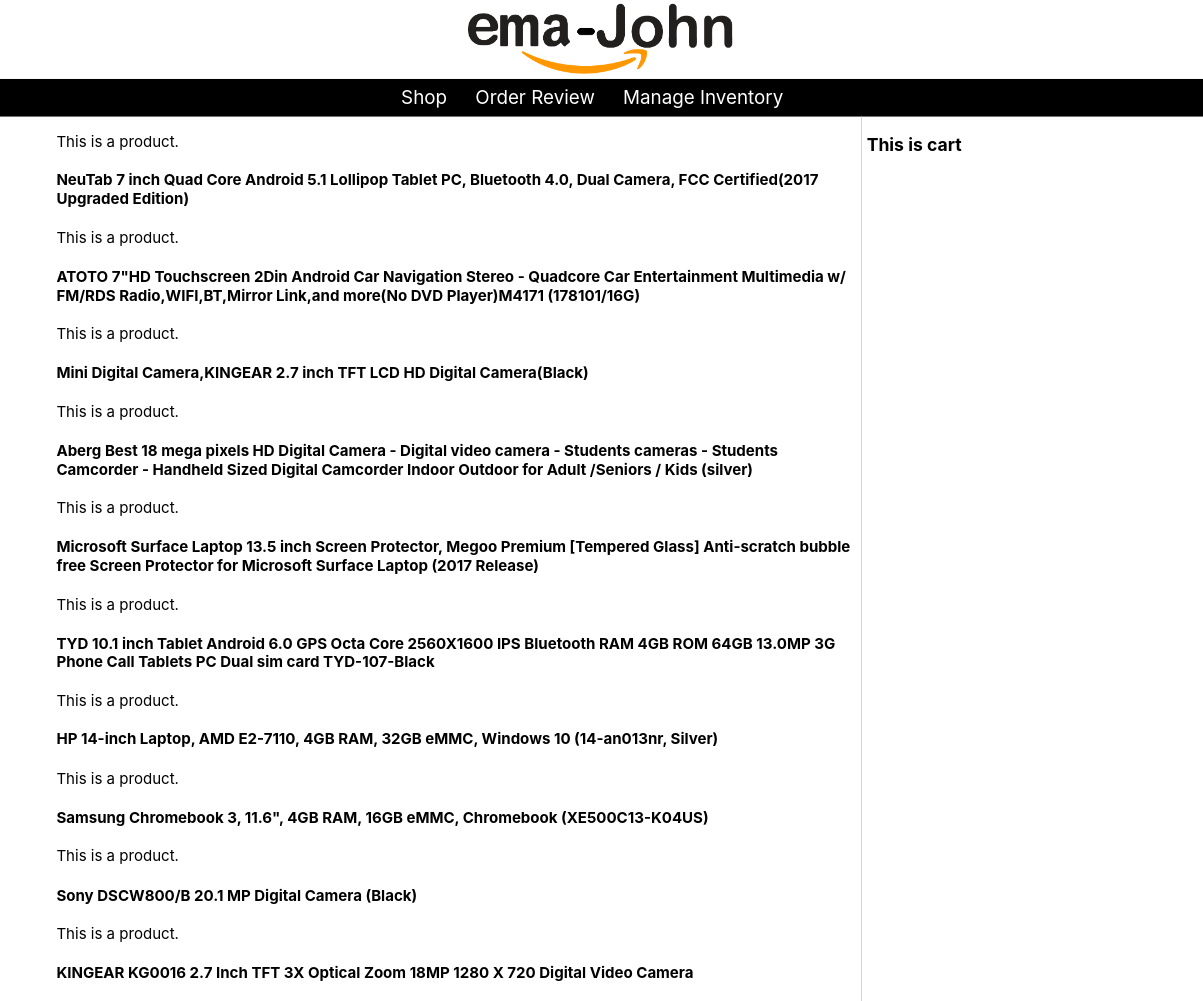
Repository: ranamahmud/ema-john-simple
Page: /shop
These files come from the project's save history. The page is drawn as it stood at one moment and after the next save; the edit follows.
The browser window is 1280 px wide. The pictures show the whole page, at 94% of full size.
The project was rebuilt for these pictures with package versions that can differ from the ones it lists, and the page was loaded fresh each time. Also part of the build but not shown: src/App.css, src/components/Product/Product.css.

Above is the page before, as saved 2020-08-27 02:31:05.

### src/App.js
import React from 'react';
import './App.css';
import Header from './components/Header/Header'
import Shop from './components/Shop/Shop'
function App() {
  return (
    <div>
    <Header></Header>
    <Shop></Shop>
    </div>
  );
}

export default App;

### src/components/Header/Header.js
import React from 'react';
import logo from '../../images/logo.png'
import './Header.css'
const Header = () => {
    return (
        <div className="header">
            <img src={logo} alt=""/>
            <nav>
                <a href="/shop">Shop</a>
                <a href="/review">Order Review</a>
                <a href="/manage">Manage Inventory</a>
            </nav>
        </div>
    );
};

export default Header;

### src/components/Shop/Shop.js
import React from 'react';
import fakeData from '../../fakeData'
import { useState } from 'react'
import './Shop.css'
import Product from '../../components/Product/Product'
const Shop = () => {
    const first10 = fakeData.slice(0, 10);

    const [products, setProducts] = useState(first10);
    return (
        <div className="shop-container">

            <div className="product-container">
                <ul>
                    {
                        products.map(pd =>
                            <Product product={pd}></Product>
                        )
                    }
                </ul>
            </div>
            <div className="cart-container">
                <h3>This is cart</h3>
            </div>
        </div>
    );
};

export default Shop;

### src/components/Header/Header.css
.header img{
    height: 80px;
}
.header{
    text-align-last: center;
}

.header nav{
    background-color: black;
    line-height: 40px;
    font-size: 20px;
}

nav a{
    text-decoration: none;
    color:white;
    margin-right: 20px;
    padding: 5px;
}
nav a:hover{
    background-color: gray;
}

### src/components/Shop/Shop.css
.shop-container{
    display: flex;
}
.product-container{
    width: 70%;
    margin-left: 20px;
    margin-right: 5px;
    border-right:1px solid lightgray;
}

### src/components/Product/Product.js
import React from 'react';
import './Product.css'
const Product = (props) => {
    console.log(props);
    return (
        <div>
            This is a product.
            <h4>{props.product.name}</h4>
        </div>
    );
};

export default Product;

Loaded but not shown: public/index.html (common file); src/index.js (common file); src/index.css (common file); src/serviceWorker.js (common file); src/fakeData/index.js (common file); src/fakeData/android.js (library); src/fakeData/camera.js (library); src/fakeData/laptop.js (library)

After the next save:
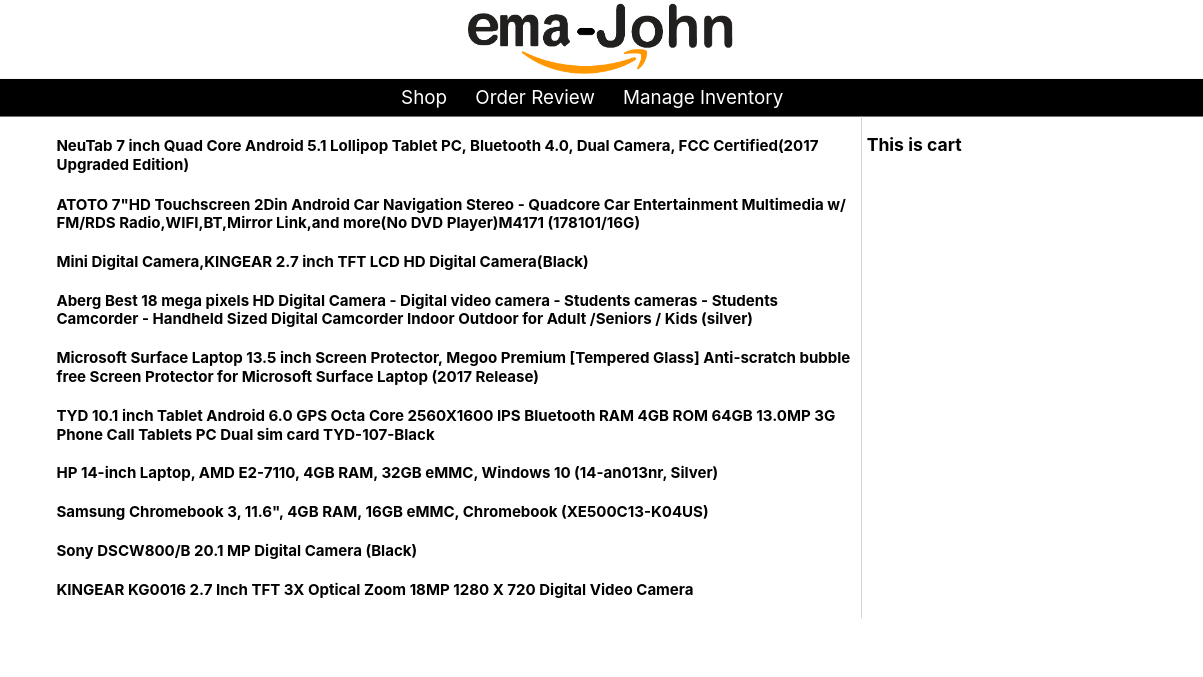
Saved 4 s later.
--- a/src/components/Product/Product.js
+++ b/src/components/Product/Product.js
@@ -4,7 +4,6 @@
     console.log(props);
     return (
         <div>
-            This is a product.
             <h4>{props.product.name}</h4>
         </div>
     );
